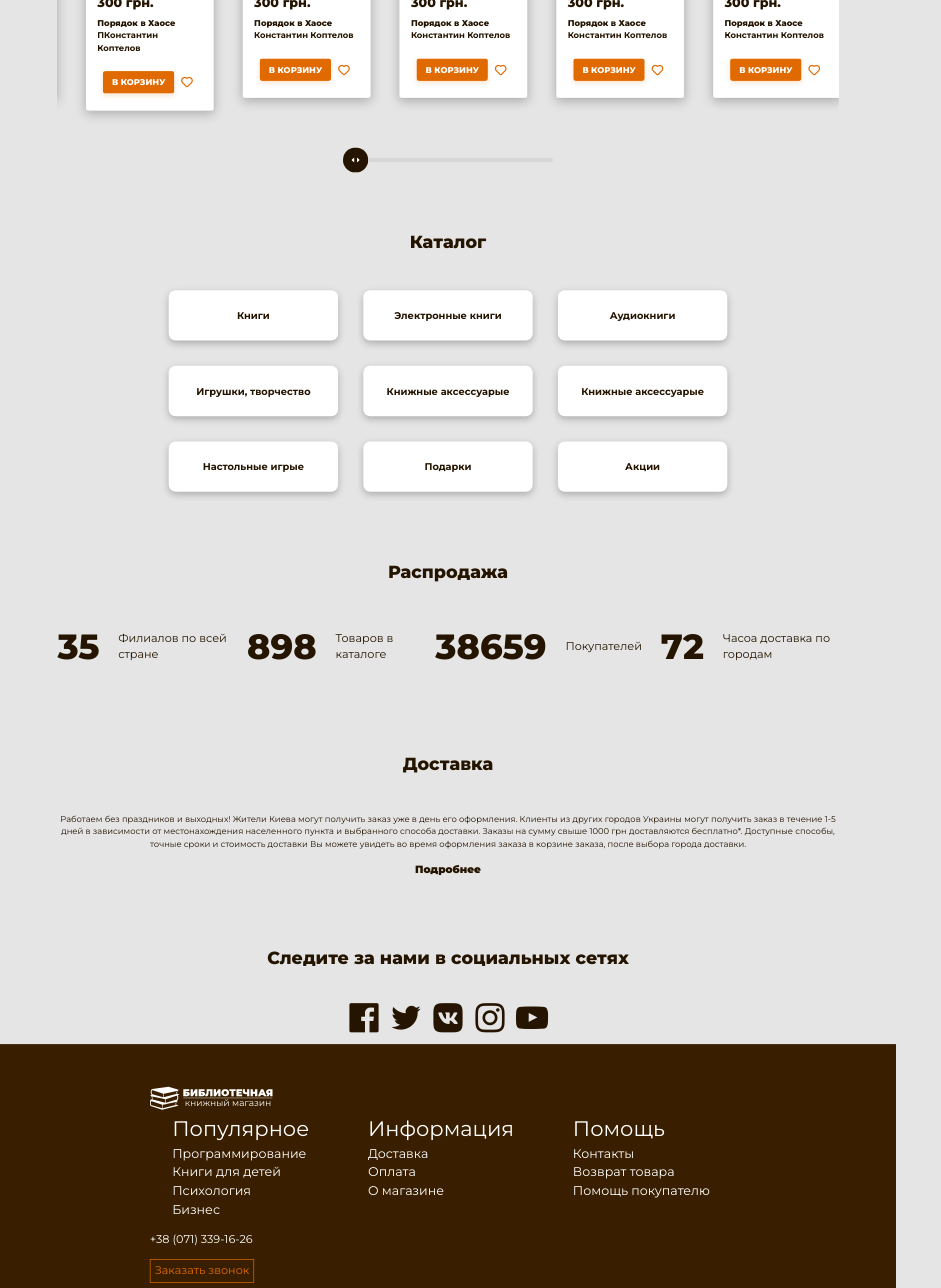
Repository: saidabbasun/Kutubxona
Page: /
The author's editor kept a copy of each file at every save. The page is drawn from the files as they stood at one save, then again after the next save.
The browser window is 1280 px wide. The page is 1344 px wide, so the pictures cover 1344 px, including what lies to the right of the window. The pictures show the part of the page from y = 1922 to 3762 px (the page is 3762 px tall before and 3673 px after), at 70% of full size.
The project was rebuilt for these pictures with package versions that can differ from the ones it lists, and the page was loaded fresh each time.

Above is the page before, as saved 2022-05-30 19:17:03.

After the next save:
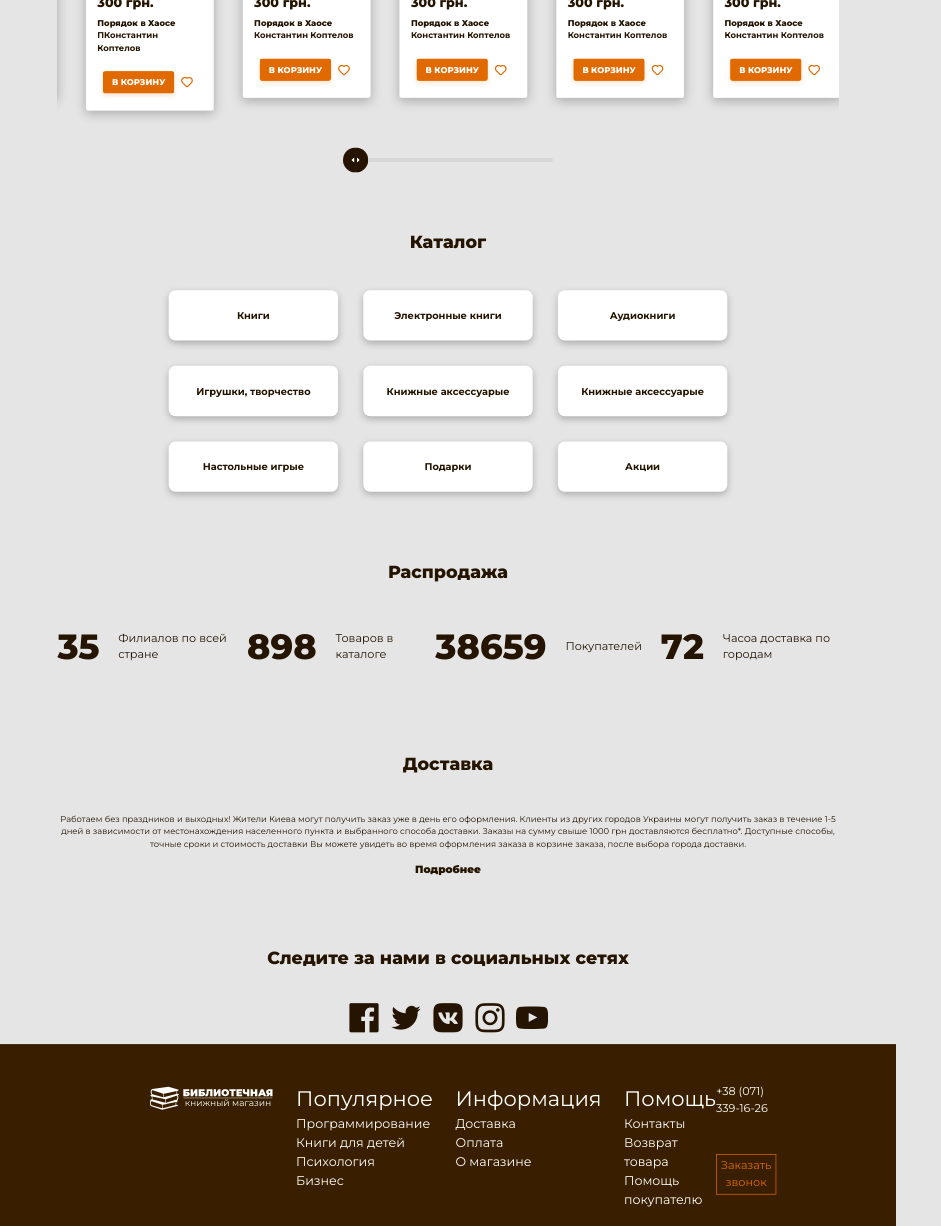
Saved 28 s later.
--- a/src/Style/Footer/Footer.scss
+++ b/src/Style/Footer/Footer.scss
@@ -6,7 +6,7 @@
 }
 .GridItem{
     display: grid;
-    grid-template-columns:auto,auto,auto;
+    grid-template-columns: repeat(3,auto);
 }
 .List{
     font-style: normal;
